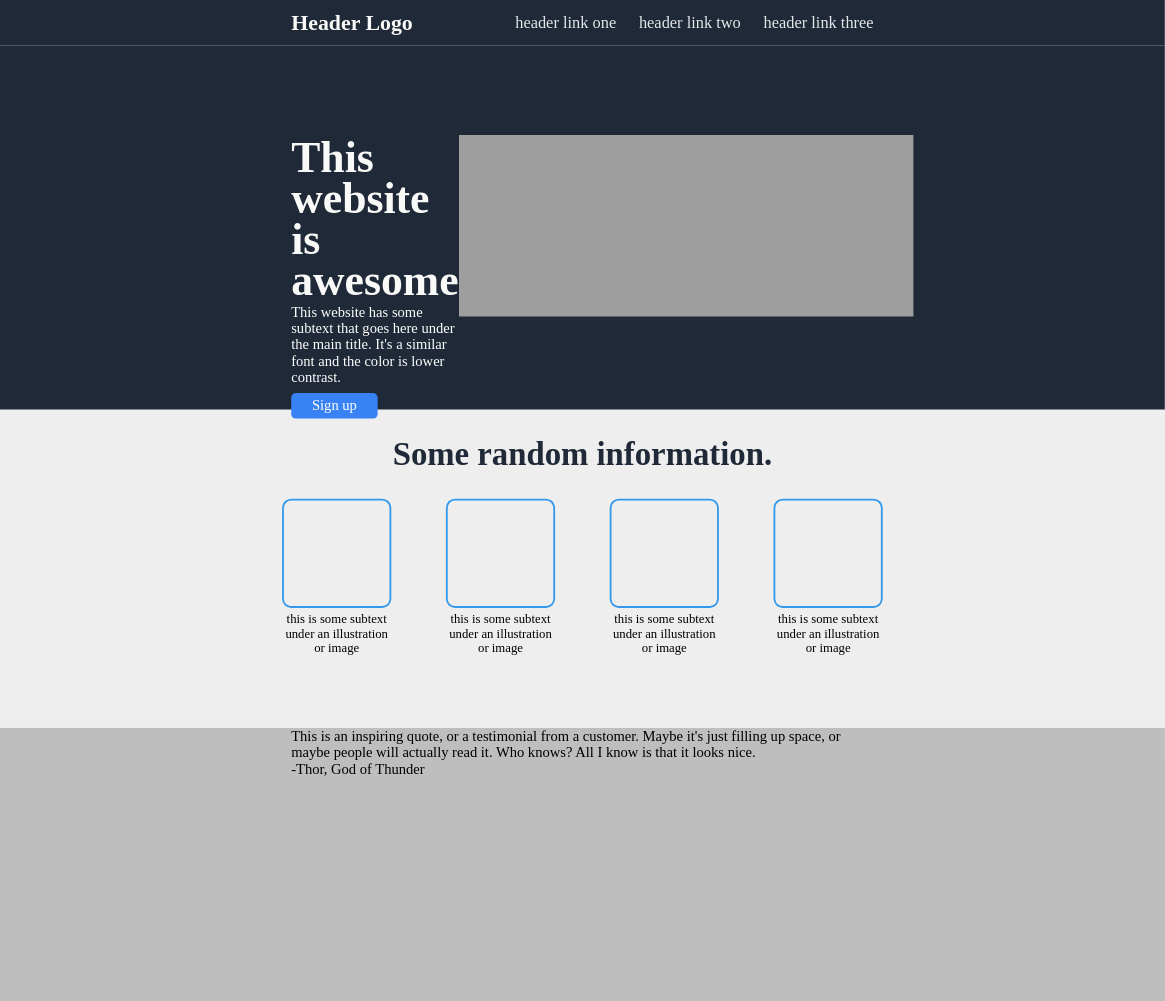
Repository: Pafestivo/Dummy-Landing-Page
Page: index.html
These files come from the project's save history. The page is drawn as it stood at one moment and after the next save; the edit follows.
The browser window is 1280 px wide. The pictures show the whole page, at 91% of full size.
Pictures or frames that could not be fetched are drawn as grey boxes.

Above is the page before, as saved 2022-09-26 19:14:52.

### index.html
<!DOCTYPE html>
<html lang="en">
<head>
    <meta charset="UTF-8">
    <meta name="viewport" content="width=device-width, initial-scale=1.0">
    <link rel="stylesheet" href="styles.css">
    <title>Landing Page</title>
</head>
<body>
    <header>
        <div class="container">
            <h1>Header Logo</h1>
            <nav>
                <a href="#">header link one</a>
                <a href="#">header link two</a>
                <a href="#">header link three</a>
            </nav>
        </div> <!-- /container-->
    </header>
    <main>
        <section class="first">
            <div class="container">

                <div class="right">
                    <h1>This website is awesome</h1>
                    <p>This website has some subtext that goes here under the main title. It's a similar font and the color is lower contrast.</p>
                    <a href="#">Sign up</a>
                </div> <!-- /right -->

                <div class="left">
                    <img src="images/office.jpg" alt="Office desk photo" />
                </div> <!-- /left -->

            </div> <!-- /container-->
        </section> <!-- /first -->

        <section class="second">
            <div class="container">

                <h1>Some random information.</h1>
                <div class="boxes">
                    <div class="info">
                        <div class="box"></div>
                        <div class="box-info">
                            <p>this is some subtext under an illustration or image</p>
                        </div> <!-- /box-info -->
                    </div> <!-- /info -->

                    <div class="info">
                        <div class="box"></div>
                        <div class="box-info">
                            <p>this is some subtext under an illustration or image</p>
                        </div> <!-- /box-info -->
                    </div> <!-- /info -->

                    <div class="info">
                        <div class="box"></div>
                        <div class="box-info">
                            <p>this is some subtext under an illustration or image</p>
                        </div> <!-- /box-info -->
                    </div> <!-- /info -->

                    <div class="info">
                        <div class="box"></div>
                        <div class="box-info">
                            <p>this is some subtext under an illustration or image</p>
                        </div> <!-- /box-info -->
                    </div> <!-- /info -->

                </div> <!-- /boxes-->
            </div> <!-- /container-->
        </section> <!-- /second -->

        <section class="third">
            <div class="container">
                <p>This is an inspiring quote, or a testimonial from a customer. Maybe it's just filling up space, or maybe people will actually read it. Who knows? All I know is that it looks nice.</p>
                <p class="quote-owner">-Thor, God of Thunder</p>
            </div> <!-- /container-->
        </section> <!-- /third -->

        <section class="fourth">
            <div class="container">

            </div> <!-- /container-->
        </section> <!-- /fourth -->

        <footer>

        </footer>
    </main>
</body>
</html>

### styles.css
* {
  padding: 0;
  margin: 0;
  box-sizing: border-box;
}

body {
  font-family: serif;
  background-color: #eee;
}

.container {
  width: 50vw;
  margin: 0 auto;
}

a {
  text-decoration: none;
  color: inherit;
}

/* header bar */
header {
  display: flex;
  align-items: center;
  background-color: #1F2937;
  color: #fff;
  height: 50px;
}

header h1 {
  font-size: 24px;
  color: #F9FAF8;
}

header .container {
  display: flex;
  justify-content: space-between;
}

header nav {
  display: flex;
  align-items: center;
  gap: 25px;
}

header a {
  font-size: 18px;
  color: #E5E7EB;
}
/* End header bar  */

/* First section  */
.first {
  background-color: #1F2937;
  height: 400px;
  color: #fff;
}

.first .container {
  display: flex;
  align-items: center;
  justify-content: space-between;
  height: 100%;
}

.right {
  display: flex;
  flex-direction: column;
  gap: 4px;
  height: 200px;
  width: 40%;
}

.right h1 {
  font-size: 48px;
  font-weight: extra-bold;
  color: #F9FAF8;
  line-height: 45px;
}

right p {
  font-size: 18px;
  color: #E5E7EB;
}

.first img {
  width: 500px;
  height: 200px;
}

.first a {
  background-color: #3882F6;
  width: 95px;
  padding: 5px;
  border-radius: 5px;
  margin-top: 4px;
  text-align: center;

}
/* End first section  */

/* Second section */
.second {
  height: 350px;
}

.second h1 {
  text-align: center;
  font-size: 36px;
  font-weight: extra-bold;
  color: #1F2937;
  padding: 28px 0 28px 0;
}

.boxes {
  display: flex;
  justify-content: center;
  gap: 60px;
}

.box {
  width: 120px;
  height: 120px;
  border: 2px solid hsl(207, 82%, 56%);
  border-radius: 10px;
}

.box-info {
  margin-top: 5px;
  width: 120px;
  font-size: 14px;
  text-align: center;
}
/* End second section  */

/* Third section  */
.third {
  background-color: #bebebe;
  height: 300px;
}
/* End third section  */

After the next save:
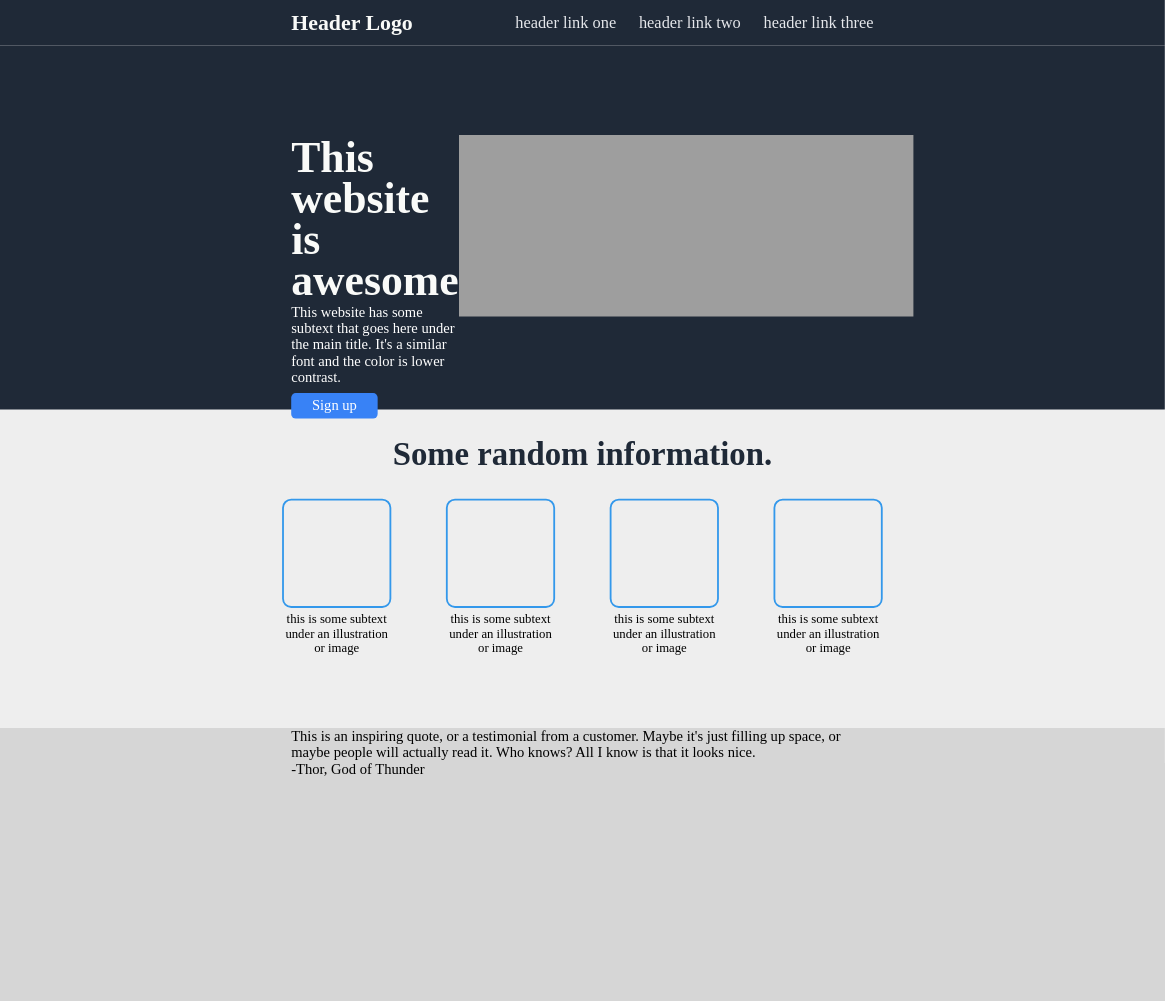
Saved 12 s later.
--- a/styles.css
+++ b/styles.css
@@ -136,7 +136,7 @@ right p {
 
 /* Third section  */
 .third {
-  background-color: #bebebe;
+  background-color: #d6d6d6;
   height: 300px;
 }
 /* End third section  */
